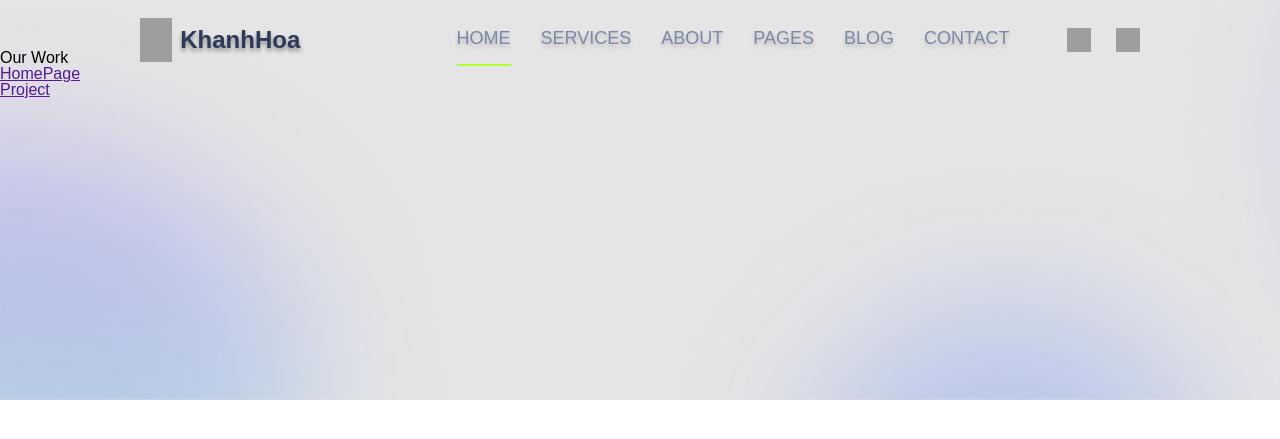
Repository: 0584386177/Clone
Page: src/pr.html
An editor plug-in stored every save of this project. The page is shown before and after the next save, followed by the edit.
The browser window is 1280 px wide. The pictures show the whole page.
Pictures or frames that could not be fetched are drawn as grey boxes. The style sheet was rebuilt from its Sass, Less or Tailwind sources for each picture, by a compiler version that may differ from the author's.

Above is the page before, as saved 2023-09-27 15:37:24.

After the next save:
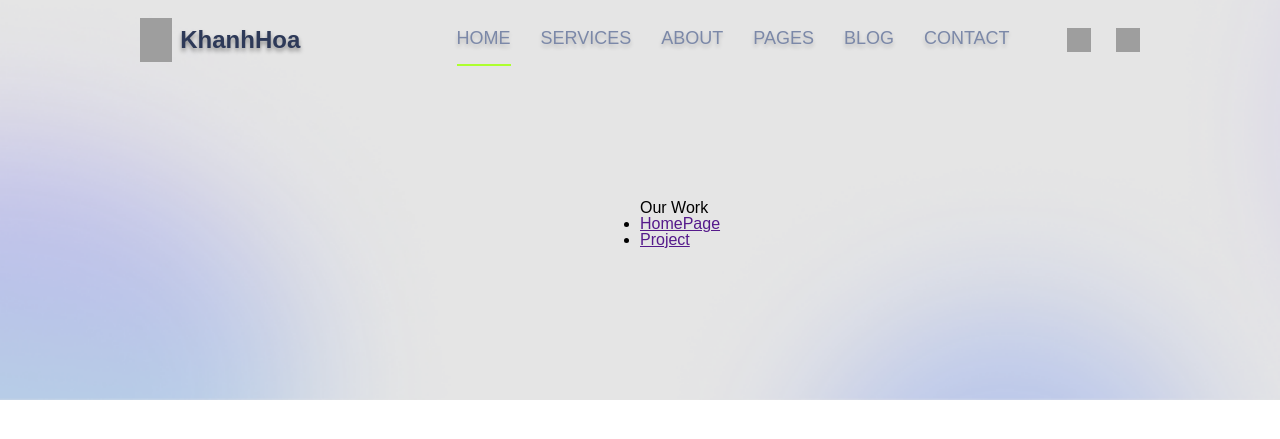
Saved 6 s later.
--- a/src/sass/header.scss
+++ b/src/sass/header.scss
@@ -83,4 +83,6 @@ $secondary--color: #7B88A8;
 
 .header--footer{
   position: absolute;
+  top: 50%;
+  left: 50%;
 }
